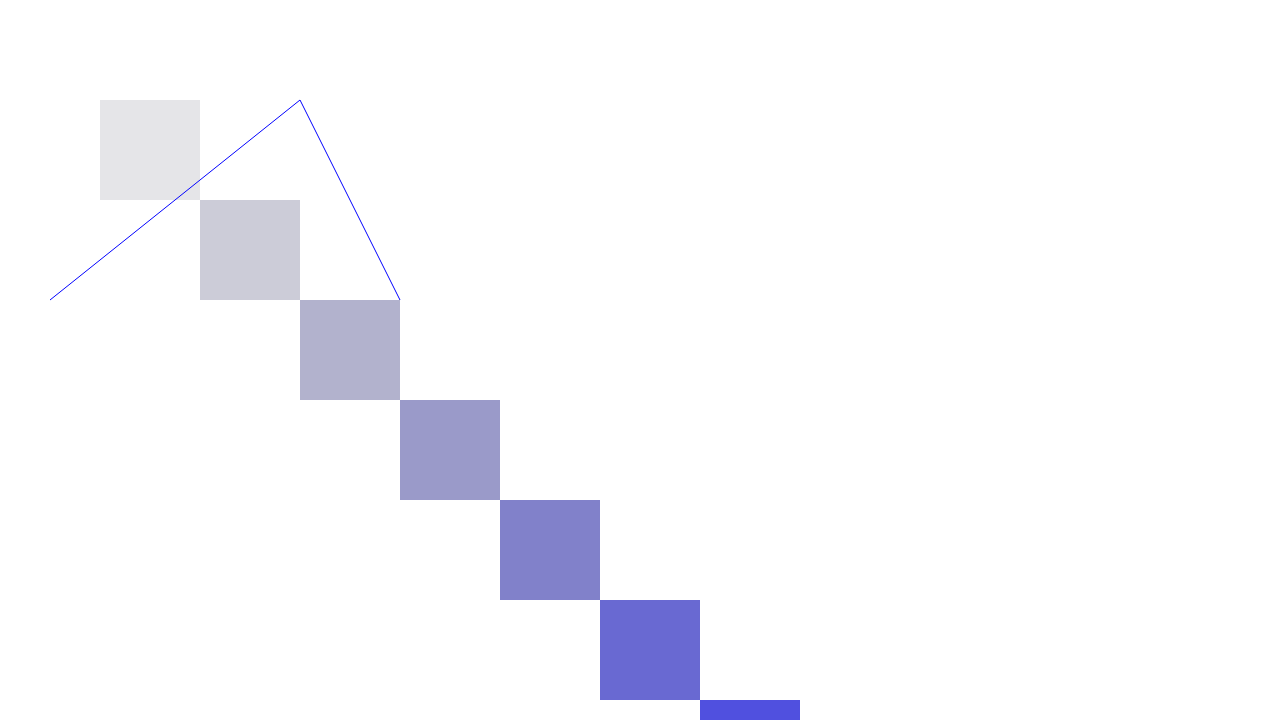
Repository: MikeTroianello/canvas-testing
Page: index.html
An editor plug-in stored every save of this project. The page is shown before and after the next save, followed by the edit.
The browser window is 1280 px wide. The pictures show the whole page.

Above is the page before, as saved 2019-06-04 22:32:18.

### index.html
<!DOCTYPE html>
<html lang="en">
  <head>
    <meta charset="UTF-8" />
    <meta name="viewport" content="width=device-width, initial-scale=1.0" />
    <meta http-equiv="X-UA-Compatible" content="ie=edge" />
    <link rel="stylesheet" type="text/css" href="style.css" />
    <title>Canvas</title>
  </head>
  <body>
    <canvas></canvas>
    <script src="canvas.js"></script>
  </body>
</html>

### style.css
body {
  margin: 0;
}

/* canvas {
  border: 1px solid black;
} */

### canvas.js
var canvas = document.querySelector('canvas');
console.log(canvas);

canvas.width = window.innerWidth;
canvas.height = window.innerHeight;

var ctx = canvas.getContext('2d');

for (let i = 0; i < canvas.width; i++) {
  ctx.fillStyle = `rgba(${i}, ${i}, ${i * 30}, ${i * 0.1})`;
  ctx.fillRect(i * 100, i * 100, 100, 100);
}

//Line

ctx.beginPath();
ctx.moveTo(50, 300);
ctx.lineTo(300, 100);
ctx.lineTo(400, 300);
ctx.strokeStyle = 'blue';
ctx.stroke();

After the next save:
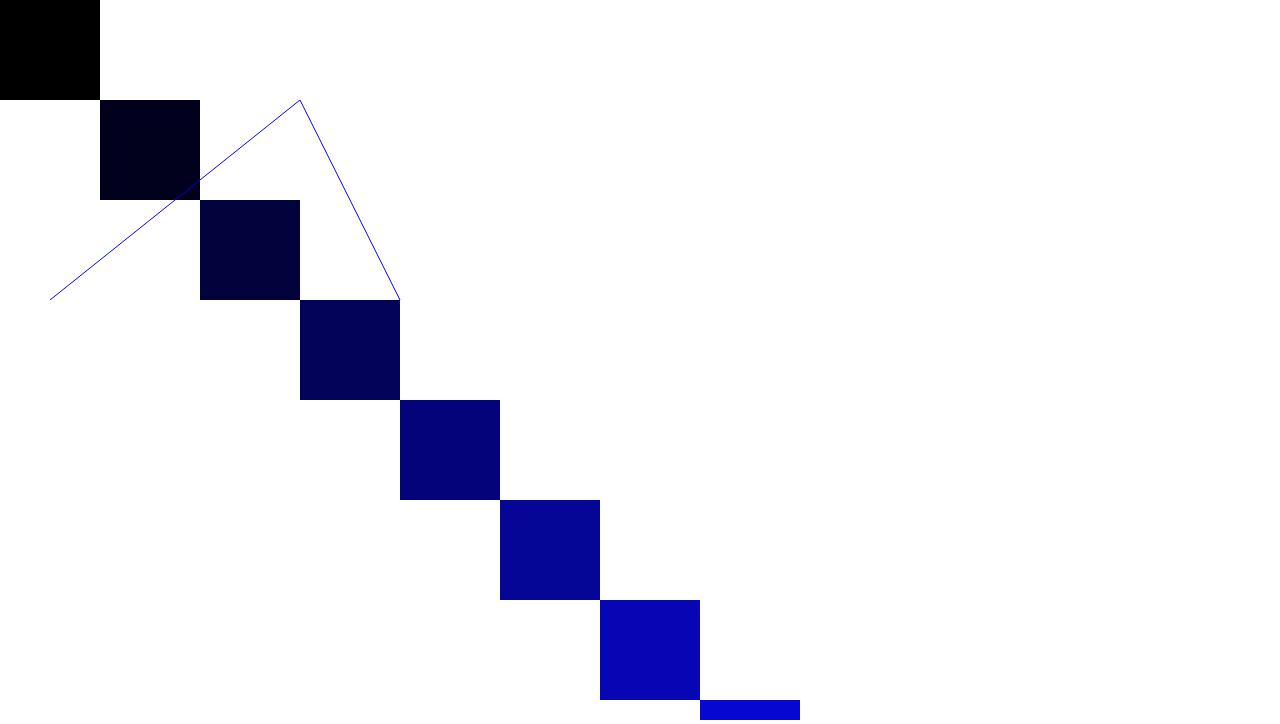
Saved 9 s later.
--- a/canvas.js
+++ b/canvas.js
@@ -7,7 +7,7 @@ canvas.height = window.innerHeight;
 var ctx = canvas.getContext('2d');
 
 for (let i = 0; i < canvas.width; i++) {
-  ctx.fillStyle = `rgba(${i}, ${i}, ${i * 30}, ${i * 0.1})`;
+  ctx.fillStyle = `rgba(${i}, ${i}, ${i * 30}, 1)`;
   ctx.fillRect(i * 100, i * 100, 100, 100);
 }
 
